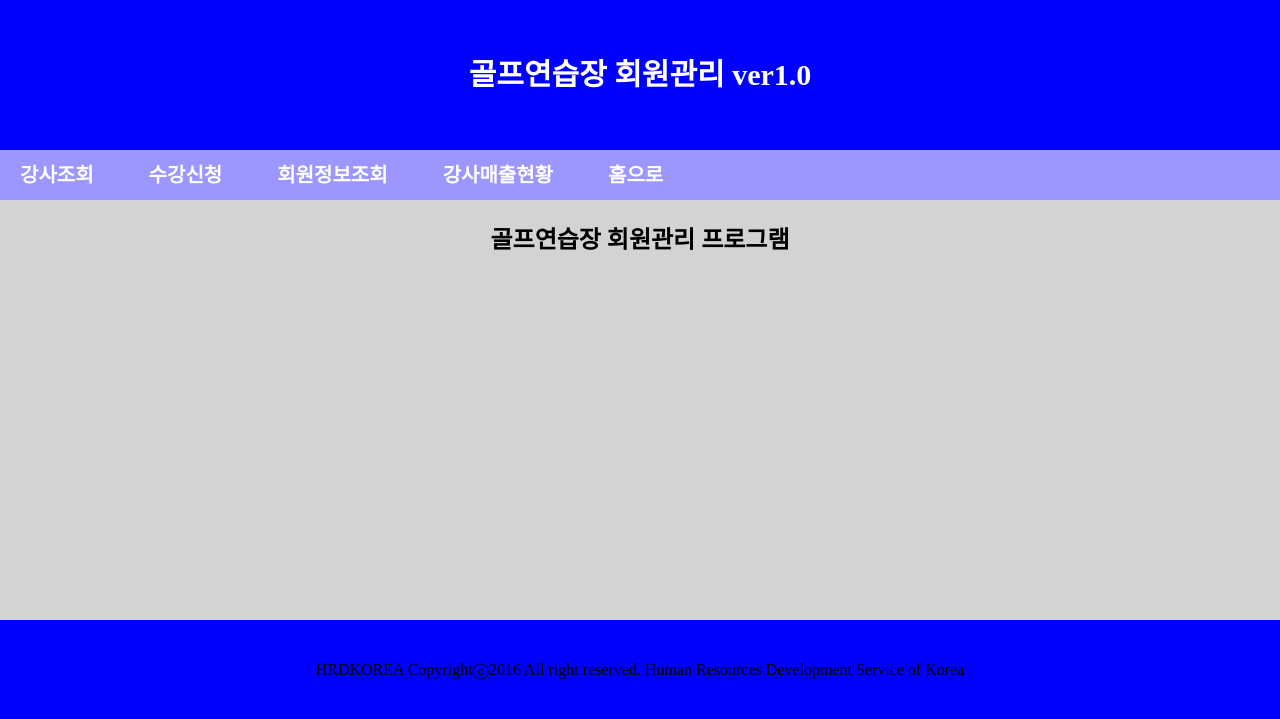
Repository: junhee97/-
Page: http://localhost/HRD_05/
The author's editor kept a copy of each file at every save. The page is drawn from the files as they stood at one save, then again after the next save.
The browser window is 1280 px wide. The pictures show the whole page.
The page is served by Tomcat 9.

Above is the page before, as saved 2025-08-19 12:52:12.

### HRD_05/WebContent/index.jsp
<%@ page language="java" contentType="text/html; charset=UTF-8"
    pageEncoding="UTF-8"%>
<!DOCTYPE html PUBLIC "-//W3C//DTD HTML 4.01 Transitional//EN" "http://www.w3.org/TR/html4/loose.dtd">
<html>
<head>
<meta http-equiv="Content-Type" content="text/html; charset=UTF-8">
<title>Insert title here</title>
</head>
<body>

<jsp:include page="header.jsp"></jsp:include>

<section style="position: fixed; top: 200px; left: 0px; width: 100%; height: 100%; background-color: lightgray;">
<h2 style="text-align: center;">골프연습장 회원관리 프로그램</h2>

</section>

<jsp:include page="footer.jsp"></jsp:include>

</body>
</html>

### HRD_05/WebContent/header.jsp
<%@ page language="java" contentType="text/html; charset=UTF-8"
    pageEncoding="UTF-8"%>
<!DOCTYPE html PUBLIC "-//W3C//DTD HTML 4.01 Transitional//EN" "http://www.w3.org/TR/html4/loose.dtd">
<html>
<head>
<meta http-equiv="Content-Type" content="text/html; charset=UTF-8">
<title>Insert title here</title>

<style>
a {
	text-decoration: none;
	color: white;
}
</style>

</head>
<body>

<header style="position: fixed; top: 0px; left: 0px; width: 100%; height: 150px; line-height: 150px; text-align: center; color: white; background-color: blue; font-size: 30px; font-weight: 600;">
	골프연습장 회원관리 ver1.0
</header>

<nav style="position: fixed; top: 150px; left: 0px; width: 100%; height: 50px; line-height: 50px; padding-left: 20px; background-color: #9C96FF; font-size: 20px; font-weight: 600;">
	<a href="t_list.jsp">강사조회</a> &nbsp; &nbsp; &nbsp; &nbsp; &nbsp;
	<a href="insert.jsp">수강신청</a> &nbsp; &nbsp; &nbsp; &nbsp; &nbsp;
	<a href="m_list.jsp">회원정보조회</a> &nbsp; &nbsp; &nbsp; &nbsp; &nbsp;
	<a href="t_price.jsp">강사매출현황</a> &nbsp; &nbsp; &nbsp; &nbsp; &nbsp;
	<a href="index.jsp">홈으로</a> &nbsp; &nbsp; &nbsp; &nbsp; &nbsp;
</nav>

</body>
</html>

### HRD_05/WebContent/footer.jsp
<%@ page language="java" contentType="text/html; charset=UTF-8"
    pageEncoding="UTF-8"%>
<!DOCTYPE html PUBLIC "-//W3C//DTD HTML 4.01 Transitional//EN" "http://www.w3.org/TR/html4/loose.dtd">
<html>
<head>
<meta http-equiv="Content-Type" content="text/html; charset=UTF-8">
<title>Insert title here</title>
</head>
<body>

<footer style="position: fixed; bottom: 0px; left: 0px; height: 100px; line-height: 100px; width: 100%; text-align: center; background-color: blue;">
	HRDKOREA Copyrightⓒ2016 All right reserved. Human Resources Development Service of Korea
</footer>

</body>
</html>

After the next save:
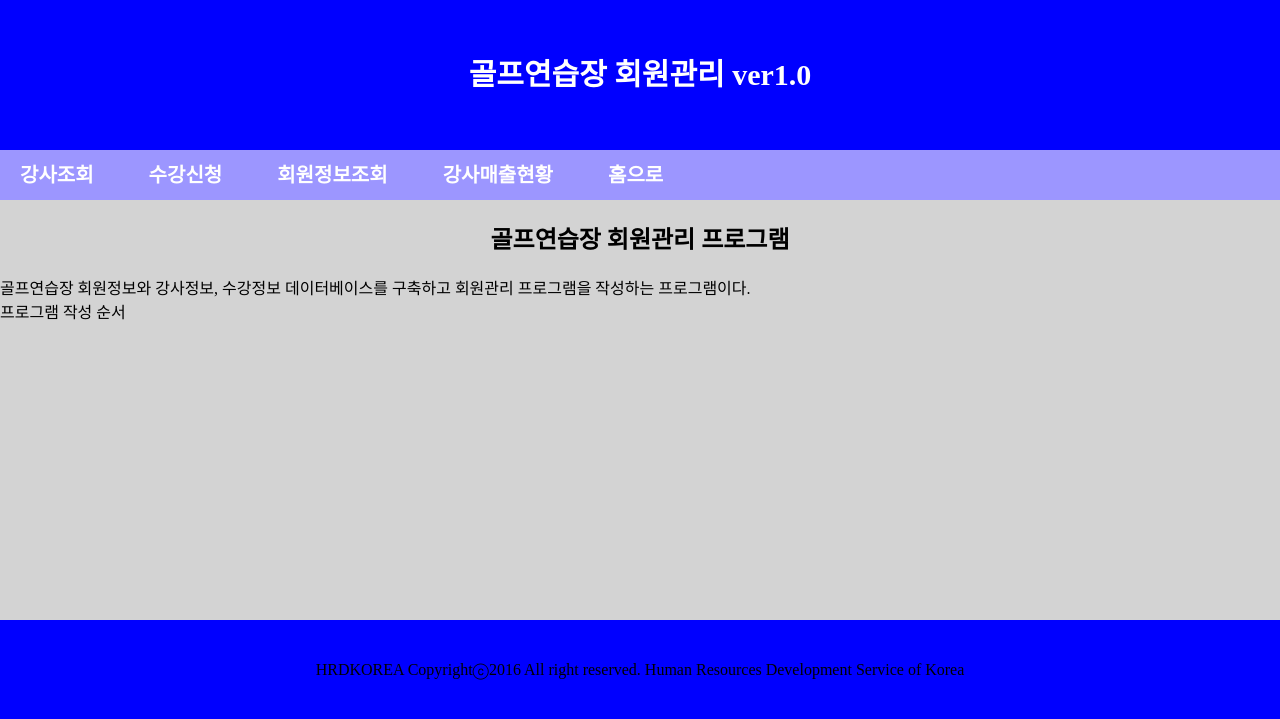
Saved 74 s later.
--- a/HRD_05/WebContent/index.jsp
+++ b/HRD_05/WebContent/index.jsp
@@ -12,6 +12,10 @@
 
 <section style="position: fixed; top: 200px; left: 0px; width: 100%; height: 100%; background-color: lightgray;">
 <h2 style="text-align: center;">골프연습장 회원관리 프로그램</h2>
+<p>
+	골프연습장 회원정보와 강사정보, 수강정보 데이터베이스를 구축하고 회원관리 프로그램을 작성하는 프로그램이다.<br>
+	프로그램 작성 순서 <br>
+</p>
 
 </section>
 
